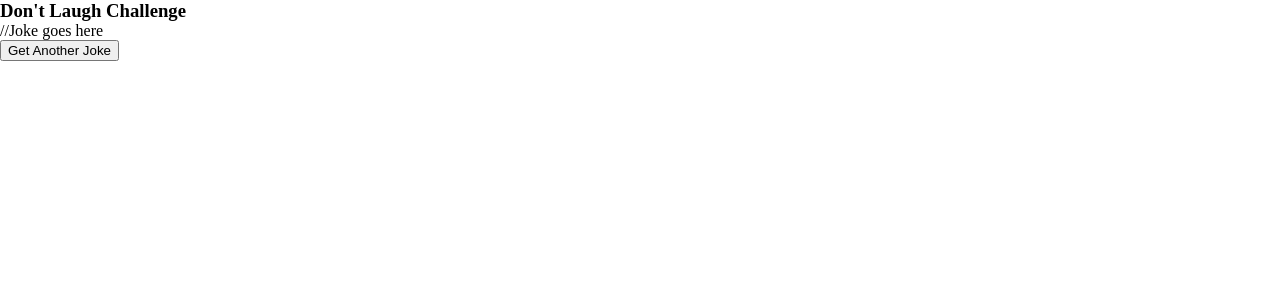
Repository: MMXiaohang/50projects50days-copy
Page: 10-dad-jokes/1-index.html
The author's editor kept a copy of each file at every save. The page is drawn from the files as they stood at one save, then again after the next save.
The browser window is 1280 px wide. The pictures show the whole page.

Above is the page before, as saved 2022-07-12 23:59:57.

After the next save:
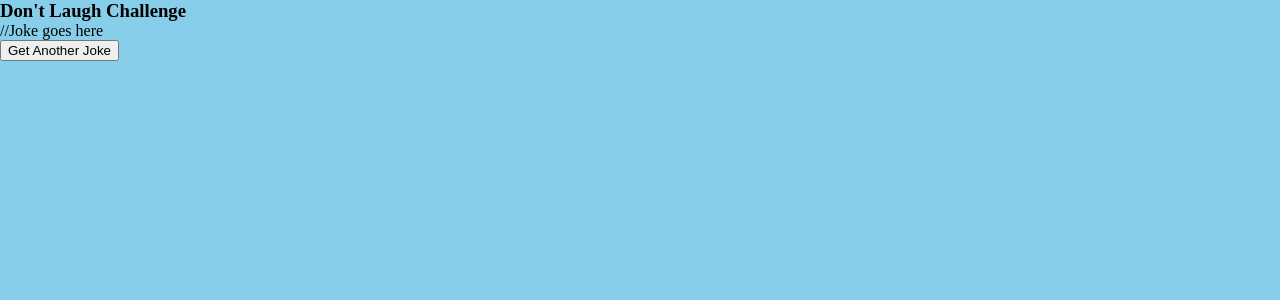
Saved 28 s later.
--- a/10-dad-jokes/1-style.css
+++ b/10-dad-jokes/1-style.css
@@ -5,5 +5,10 @@
 }
 
 body{
-    background-color: ;
+    background-color: skyblue;
+    display: center;
+    justify-content: center;
+    align-items: center;
+    height: 100vh;
+
 }
